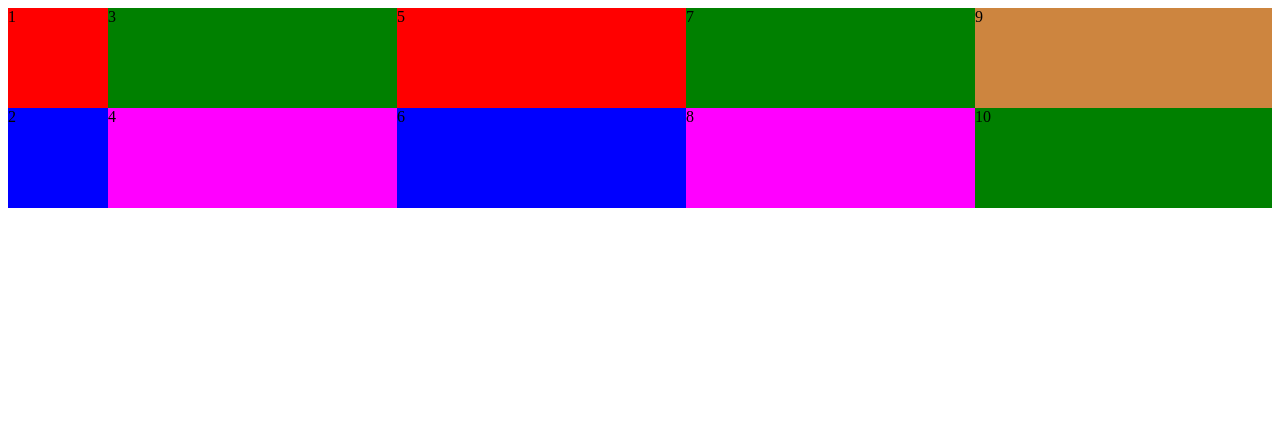
Repository: DinkarRavi/Dinkar_Coding
Page: 22aug24/grid.html
The author's editor kept a copy of each file at every save. The page is drawn from the files as they stood at one save, then again after a run of saves.
The browser window is 1280 px wide. The pictures show the whole page.

Above is the page before, as saved 2024-08-22 15:08:49.

### 22aug24/grid.html
<!DOCTYPE html>
<html lang="en">
<head>
    <meta charset="UTF-8">
    <meta name="viewport" content="width=device-width, initial-scale=1.0">
    <title>Document</title>
    <link rel="stylesheet" href="grid.css">
</head>
<body>

        <div id="parent">
        <div>1</div>
        <div>2</div>
        <div>3</div>
        <div>4</div>
        <div>5</div>
        <div>6</div>
        <div>7</div>
        <div>8</div>
        <div>9</div>
        <div>10</div>

    </div>
</body>
</html>

### 22aug24/grid.css


#parent{
border: 2px;
border: rgb(19, 12, 12);
height: 500px;
display: grid;
grid-template-columns: 200px 100px;
grid-template-rows: 100px 100px;
grid-auto-rows: 50px;
grid-template-columns:100px;
grid-auto-flow: column;
}
div{
div:nth-child(1) {
  background: red;
}
div:nth-of-type(2) {
    background: blue;
  }
  div:nth-child(3) {
    background: green;
  }
  div:nth-child(4) {
    background: magenta;
  }
  div:nth-child(5) {
    background: red;
  }
  div:nth-of-type(6) {
      background: blue;
    }
    div:nth-child(7) {
      background: green;
    }
    div:nth-child(8) {
      background: magenta;
    }
    div:nth-child(9) {
        background:peru;
      }
      div:nth-child(10) {
        background: green;}
}

After the next 2 saves:
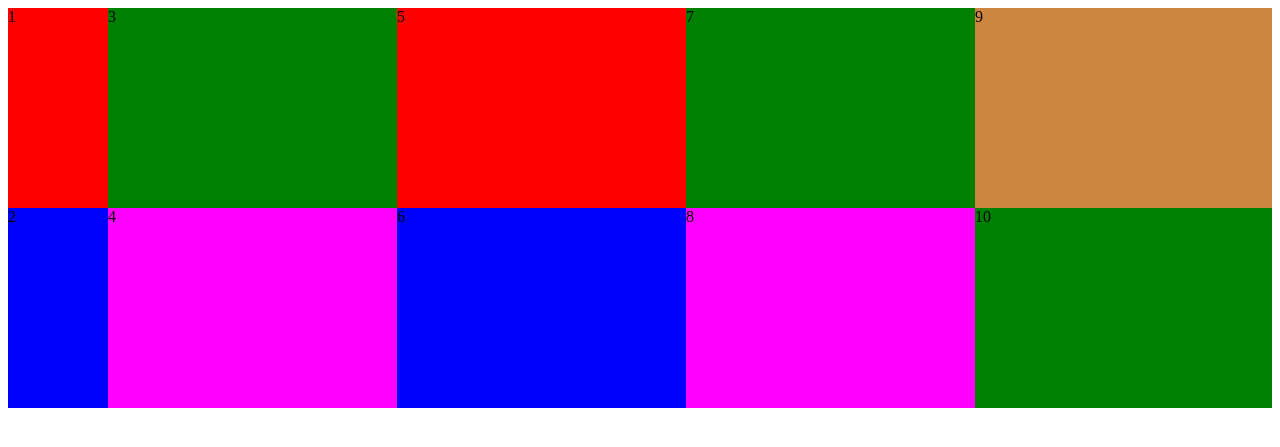
The 2 saves are shown as one change because they came seconds apart.
The last was saved 12 s later.
--- a/22aug24/grid.css
+++ b/22aug24/grid.css
@@ -6,7 +6,7 @@
 height: 500px;
 display: grid;
 grid-template-columns: 200px 100px;
-grid-template-rows: 100px 100px;
+grid-template-rows: 200px 200px;
 grid-auto-rows: 50px;
 grid-template-columns:100px;
 grid-auto-flow: column;
